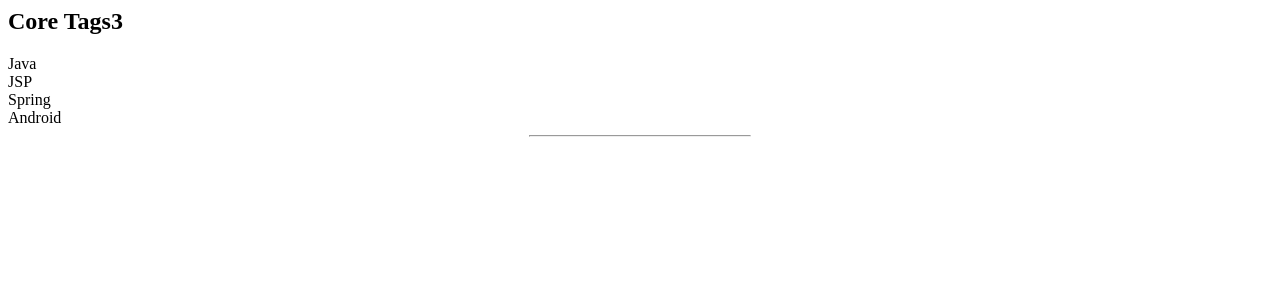
Repository: zboizz/JAVA_practice
Page: http://localhost/myapp/jstl/coreTags6.jsp
An editor plug-in stored every save of this project. The page is shown before and after the next save, followed by the edit.
The browser window is 1280 px wide. The pictures show the whole page.
The page is served by Tomcat 9. Nobody is signed in. The application's start-up code is not run.

Above is the page before, as saved 2020-01-02 06:18:15.

### myapp/WebContent/jstl/coreTags6.jsp
<%@ page contentType="text/html; charset=EUC-KR"%>
<%@taglib prefix="c" uri="http://java.sun.com/jsp/jstl/core"%>
<%
	String str1[]={"Java","JSP","Spring","Android"};
	String str2 = "하나, 둘; 셋, 넷";
%>
<h2>Core Tags3</h2>
<c:set var="arr" value="<%=str1%>"/>
<c:forEach var="i" items="${arr}" begin="0" step="1" end="3">
	${i}<br/>
</c:forEach>
<hr allign="left" width="220"/>

After the next save:
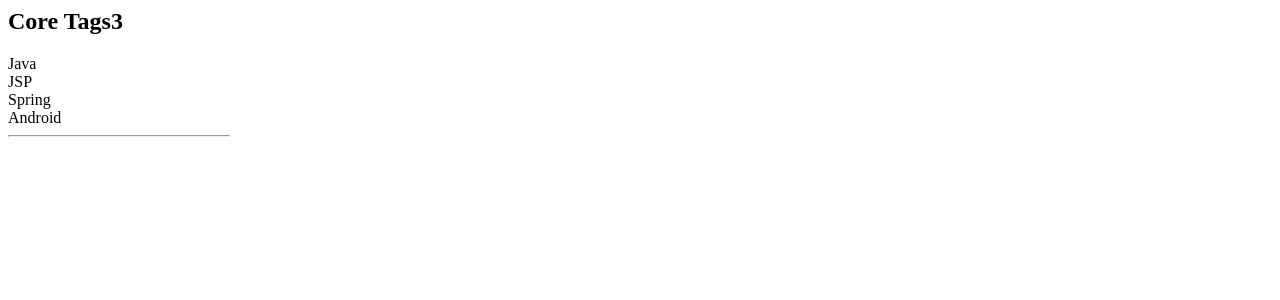
Saved 4 s later.
--- a/myapp/WebContent/jstl/coreTags6.jsp
+++ b/myapp/WebContent/jstl/coreTags6.jsp
@@ -9,4 +9,4 @@
 <c:forEach var="i" items="${arr}" begin="0" step="1" end="3">
 	${i}<br/>
 </c:forEach>
-<hr allign="left" width="220"/>
+<hr align="left" width="220"/>
